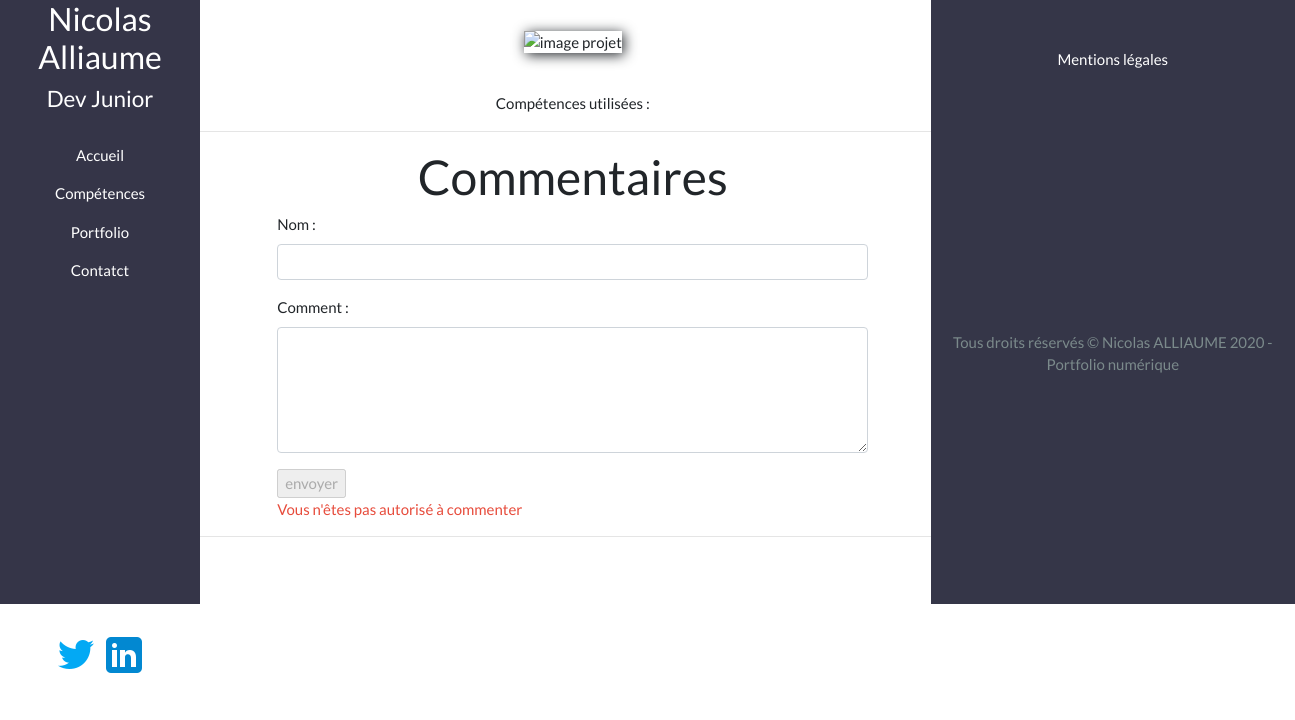
Repository: Nicolas-al/alliaumen
Page: templates/portfolio/index.html.twig
An editor plug-in stored every save of this project. The page is shown before and after the next save, followed by the edit.
The browser window is 1280 px wide. The page is 1295 px wide, so the pictures cover 1295 px, including what lies to the right of the window. The pictures show the whole page.
Some web fonts or font styles are not loaded; a fallback is used. Some web libraries are served in a nearby version. The page is a Twig template of a Symfony application; nobody is signed in and links lead nowhere. The template is opened directly, without the code that normally fills it, so the values that code supplies are empty.

Above is the page before, as saved 2020-09-14 16:10:27.

After the next save:
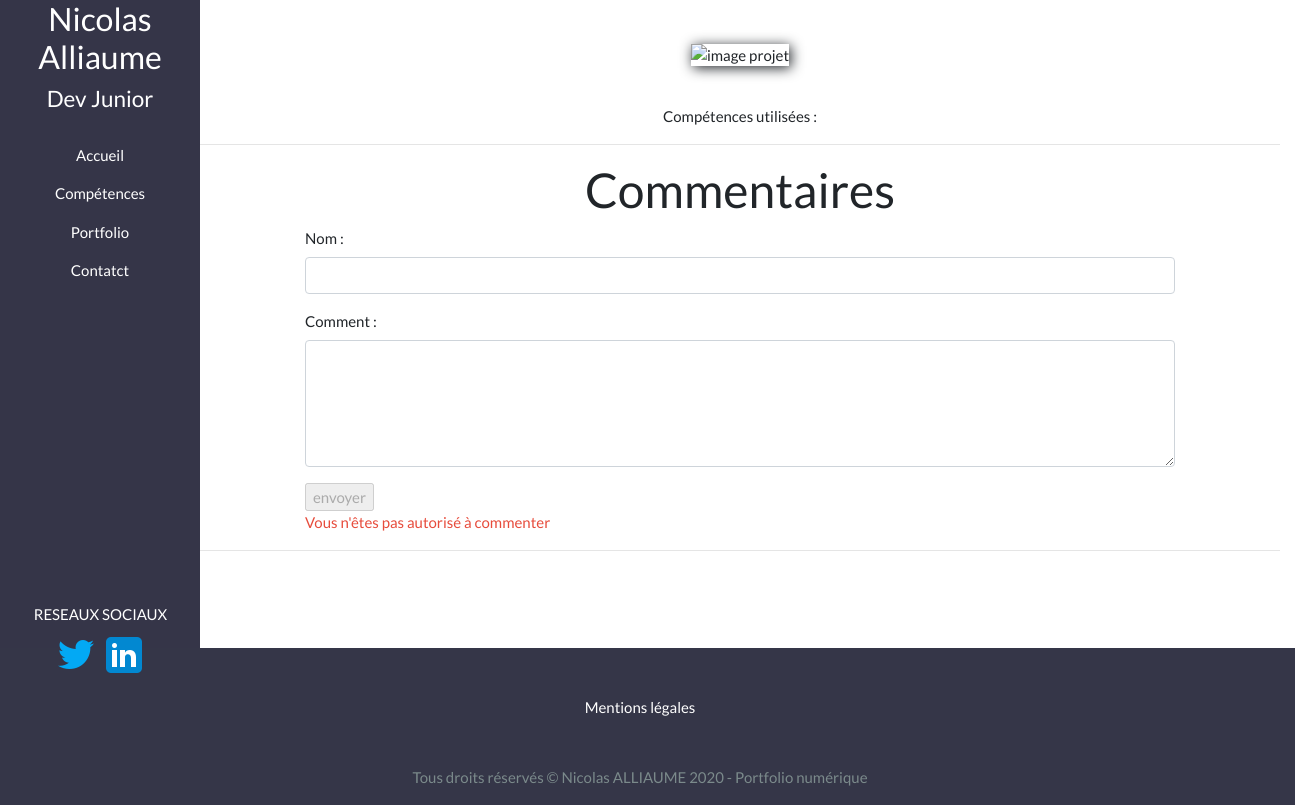
Saved 22 s later.
--- a/templates/portfolio/index.html.twig
+++ b/templates/portfolio/index.html.twig
@@ -70,7 +70,7 @@
             </div>
         </section>
     </div>
-    {% include 'main/footer.html.twig' %}
 </div>
+{% include 'main/footer.html.twig' %}
 
 {% endblock %}
